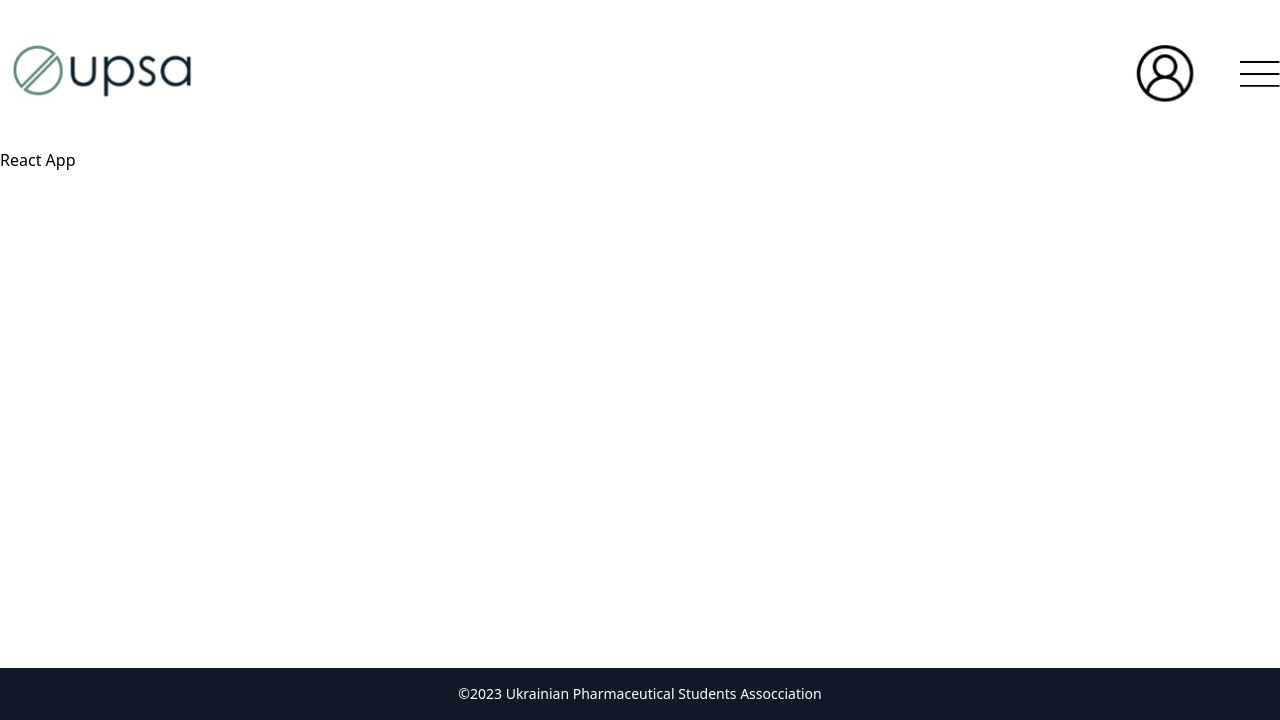
Repository: Alina-Khmilevska/UPSA-React
Page: /
The author's editor kept a copy of each file at every save. The page is drawn from the files as they stood at one save, then again after a run of saves.
The browser window is 1280 px wide. The pictures show the whole page.
The project was rebuilt for these pictures with package versions that can differ from the ones it lists, and the page was loaded fresh each time. Also part of the build but not shown: src/components/header/menu/burgermenu/Menu.css.

Above is the page before, as saved 2023-09-26 16:29:26.

### src/App.js
import './App.css';
import Footer from './components/footer/Footer';
import Header from './components/header/Header';

export default function App() {
  return (
    <div className="flex flex-col min-h-screen">
      <Header />
      <main className="flex-1">
        <h1>React App</h1>
      </main>
      <Footer className="mt-auto" />
    </div>
  )
}

### src/App.css
.App {
  text-align: center;
}
.upsa-bg-grey {
  background-color: #818181;
}
.upsa-bg-button {
  background-color: #4A4948;
}

### src/components/footer/Footer.jsx
import React from "react";

const Footer = () => {
  return (
    <footer className="bg-gray-900 text-white py-4">
      <div className="container mx-auto">
        <div className="flex justify-center items-center">
          <p className="text-center text-sm">
            &copy;{new Date().getFullYear()} Ukrainian Pharmaceutical Students Assocciation
          </p>
        </div>
      </div>
    </footer>
  );
};

export default Footer;

### src/components/header/Header.jsx
import React, { useState } from "react";
import Logo from "./logo/Logo";
import BurgerIcon from "./menu/burgermenu/icons/BurgerIcon";
import Account from "./menu/account/Account";
import Menu from "./menu/burgermenu/Menu";


const Header = () => {
  const [isMenuOpen, setIsMenuOpen] = useState(false);

  const handleMenuToggle = () => {
    setIsMenuOpen(!isMenuOpen);
  };

  const handleCloseMenu = () => {
    setIsMenuOpen(false);
  };
  return (
    <header className="bg-white font-inter">
      <div className="container mx-auto flex items-center justify-between">
        <Logo />
        <div className="flex items-center justify-between">
          <Account />
          <BurgerIcon onClick={handleMenuToggle} />
          <Menu isOpen={isMenuOpen} onClose={handleCloseMenu} />
        </div>
      </div>
    </header>
  );
};

export default Header;

### src/components/header/logo/Logo.jsx
// Logo.jsx
import React from "react";
import ReactLogo from "../../../assets/images/icons/logo.svg";

const Logo = () => {
  return (
    <div className="text-2xl font-bold">

      <a href="/">
        <img src={ReactLogo}
          alt="Logo" width={210} height={150} />
      </a>
    </div>
  );
};

export default Logo;

### src/components/header/menu/burgermenu/icons/BurgerIcon.jsx
// BurgerIcon.jsx
import React from "react";
import Icon from "../../../../../assets/images/icons/burgerIcon.svg";

const BurgerIcon = ({ onClick }) => {
  return (
    <div className="cursor-pointer" onClick={onClick}>
      <img
        src={Icon}
        alt="Burger Icon"
        width={40}
        height={40}
      />
    </div>
  );
};

export default BurgerIcon;

### src/components/header/menu/account/Account.jsx
// Account.jsx
import React from "react";
import Icon from "../../../../assets/images/icons/account.svg";

const Account = ({ onClick }) => {
  return (
    <div className="mr-10">
    <a className="cursor-pointer" href="#">
      <img
        src={Icon}
        alt="Account Icon"
        width={70}
        height={56}
      />
    </a>
    </div>
  );
};

export default Account;

### src/components/header/menu/burgermenu/Menu.jsx
// Menu.jsx
import React from "react";
import CloseIcon from "./icons/CloseIcon";
import SocialIcons from "../../../shared/icons/SocialIcons";
import "./Menu.css";
import LanguageIcons from "../../../shared/icons/LanguageIcons";

const Menu = ({ isOpen, onClose }) => {
    const menuStyle = {
        width: isOpen ? "50%" : "0",
        right: isOpen ? "0" : "-50%",
    };

    return (
        <div
            className="upsa-bg-grey h-full text-white fixed top-0 right-0 transition-all duration-300 ease-in-out px-20"
            style={menuStyle}
        >
            <CloseIcon onClick={onClose} />
            <ul className="mt-32 mr-4 text-4xl font-light leading-loose">
                <li>Проекти</li>
                <li>Події</li>
                <li>Стати членом асоціації</li>
                <li>EPSA -Student Science ward</li>
                <li>Контакти</li>
                <li>Support Ukraine</li>
            </ul>

            <button className="upsa-bg-button rounded-md px-12 py-1 mt-10">
                <a href="#" className="font-light">
                    Увійти як член управління
                </a>
            </button>
            <SocialIcons />


            <div className="flex flex-row justify-between mt-14">
                <a href="mailto:upsa@gmail.com" className="font-light">
                    upsa@gmail.com
                </a>
                <LanguageIcons />
            </div>
        </div>
    );
};

export default Menu;

### src/components/header/menu/burgermenu/icons/CloseIcon.jsx
import React from "react";
import Icon from "../../../../../assets/images/icons/close.svg";

const CloseIcon = ({ onClick }) => {
  return (
    <button className="absolute top-10 right-10" onClick={onClick}>
      <img
        src={Icon}
        alt="Close Icon"
        width={50}
        height={50}
      />
    </button>
  );
};

export default CloseIcon;

### src/components/shared/icons/SocialIcons.jsx
import React from "react";
import Ellipse from "../../../assets/images/icons/tmp/ellipse.svg";

const SocialIcons = () => {
    return (
        <div className="flex justify-start mt-14">
            <div className="pr-2">
                <img
                    src={Ellipse}
                    alt="Ellipse"
                    width={60}
                    height={60}
                />
            </div>
            <div className="px-2">
                <img
                    src={Ellipse}
                    alt="Ellipse"
                    width={60}
                    height={60}
                />
            </div>
            <div className="px-2">
                <img
                    src={Ellipse}
                    alt="Ellipse"
                    width={60}
                    height={60}
                />
            </div>
            <div className="px-2">
                <img
                    src={Ellipse}
                    alt="Ellipse"
                    width={60}
                    height={60}
                />
            </div>
            <div className="px-2">
                <img
                    src={Ellipse}
                    alt="Ellipse"
                    width={60}
                    height={60}
                />
            </div>
            <div className="px-2">
                <img
                    src={Ellipse}
                    alt="Ellipse"
                    width={60}
                    height={60}
                />
            </div>
            <div className="px-2">
                <img
                    src={Ellipse}
                    alt="Ellipse"
                    width={60}
                    height={60}
                />
            </div>

        </div>
    );
};

export default SocialIcons;

### src/components/shared/icons/LanguageIcons.jsx
import React from "react";
import Ellipse from "../../../assets/images/icons/tmp/ellipse.svg";

const LanguageIcons = () => {
    return (
        <div className="flex flex-row">
            <div className="px-2">
                <img src={Ellipse} alt="Ellipse" width={50} height={50} />
            </div>
            <img src={Ellipse} alt="Ellipse" width={50} height={50} />
        </div>
    );
};

export default LanguageIcons;

Loaded but not shown: public/index.html (common file); src/index.js (common file); src/index.css (common file); src/reportWebVitals.js (common file); tailwind.config.js (common file)

After the next 2 saves:
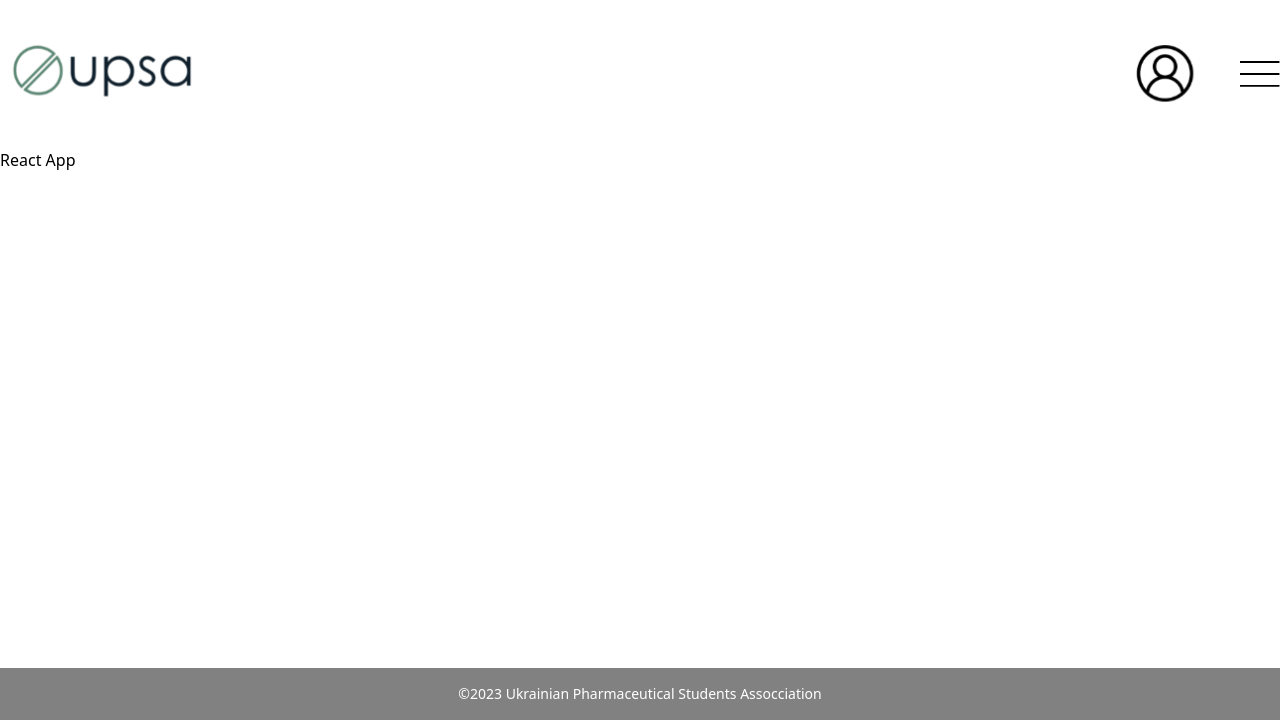
The 2 saves are shown as one change because they came seconds apart.
The last was saved 35 s later.
--- a/src/components/footer/Footer.jsx
+++ b/src/components/footer/Footer.jsx
@@ -2,7 +2,7 @@
 
 const Footer = () => {
   return (
-    <footer className="bg-gray-900 text-white py-4">
+    <footer className="upsa-bg-grey text-white py-4">
       <div className="container mx-auto">
         <div className="flex justify-center items-center">
           <p className="text-center text-sm">
